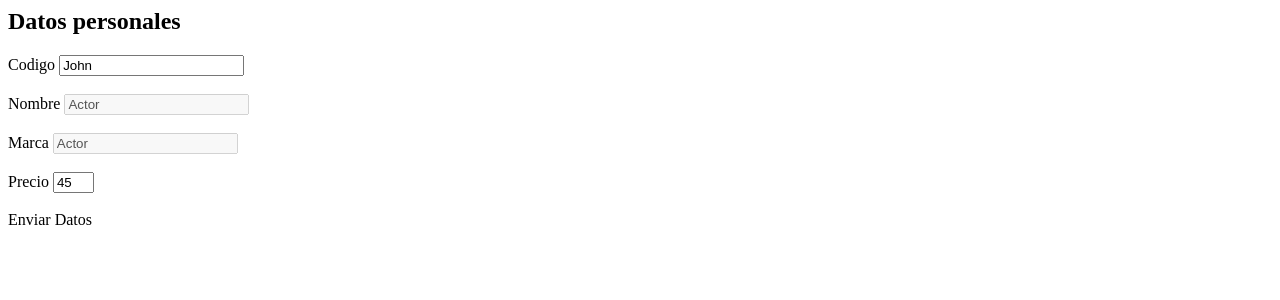
Repository: Alemartinez97/New-Repository
Page: programacion-3/tp3/formProducto.html
These files come from the project's save history. The page is drawn as it stood at one moment and after the next save; the edit follows.
The browser window is 1280 px wide. The pictures show the whole page.

Above is the page before, as saved 2020-06-04 17:58:43.

After the next save:
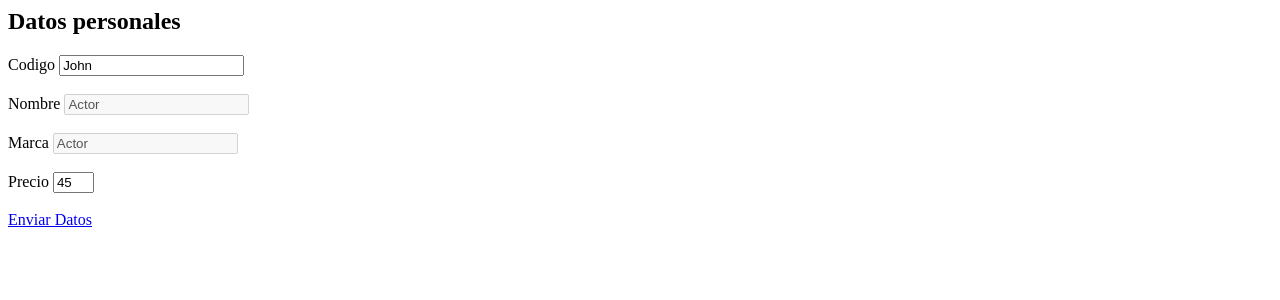
Saved 33 s later.
--- a/programacion-3/tp3/formProducto.html
+++ b/programacion-3/tp3/formProducto.html
@@ -24,8 +24,8 @@ Cobra sentido con el uso de CSS-->
 		<label for="">Precio</label>
         <input type="text" name="edad" id="edad" size="2" maxlength="2" value="45"><br>
 </br>
-        <link href="producto.html">Enviar Datos
-</link>
+        <a href="producto.html">Enviar Datos
+        </a>
 	</form>
 </div>
 </body>
